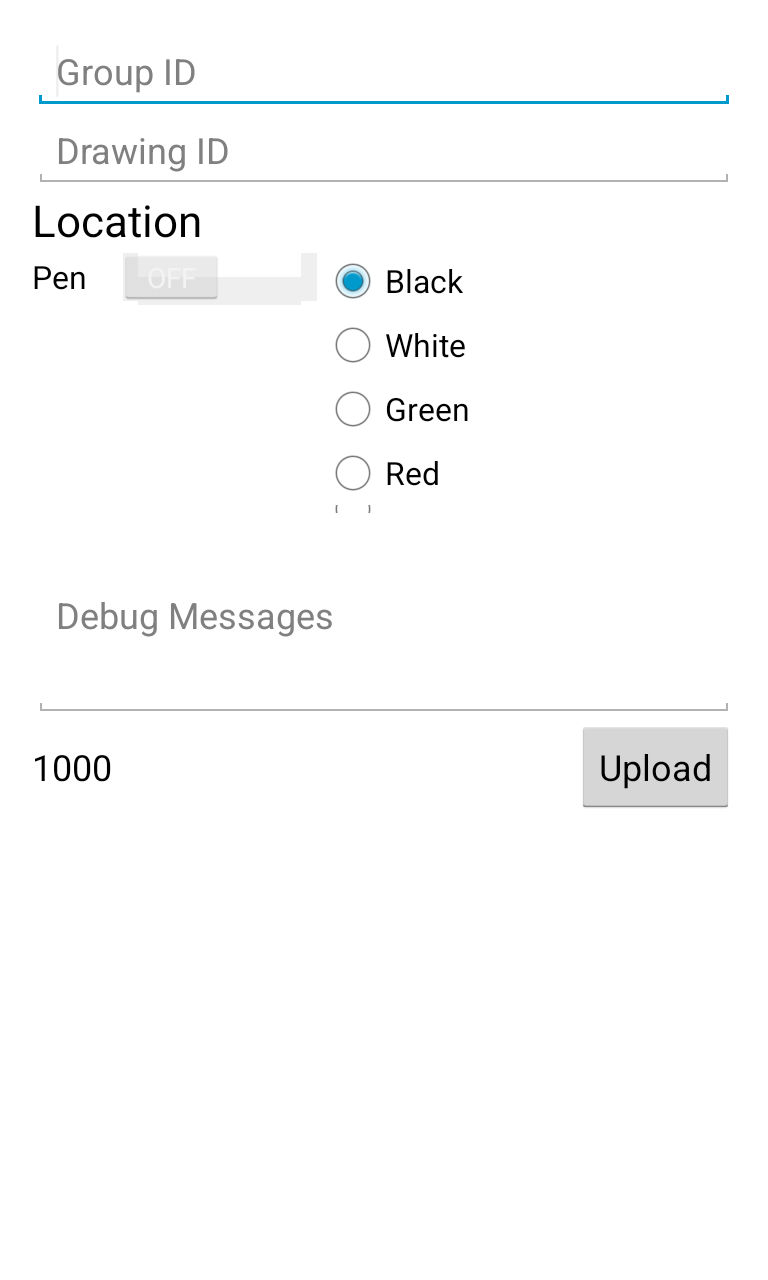
Repository: orsonteodoro/gpsdraw
Layout: gpsdraw/gpsdraw/res/layout/fragment_gpsdraw.xml
The author's editor kept a copy of each file at every save. The layout is drawn from the files as they stood at one save, then again after the next save.
It is drawn on a 768 x 1280 px phone screen (xhdpi) without system bars, with theme AppTheme; the app's code is not run.

Above is the layout before, as saved 2014-05-05 19:40:17.

After the next save:
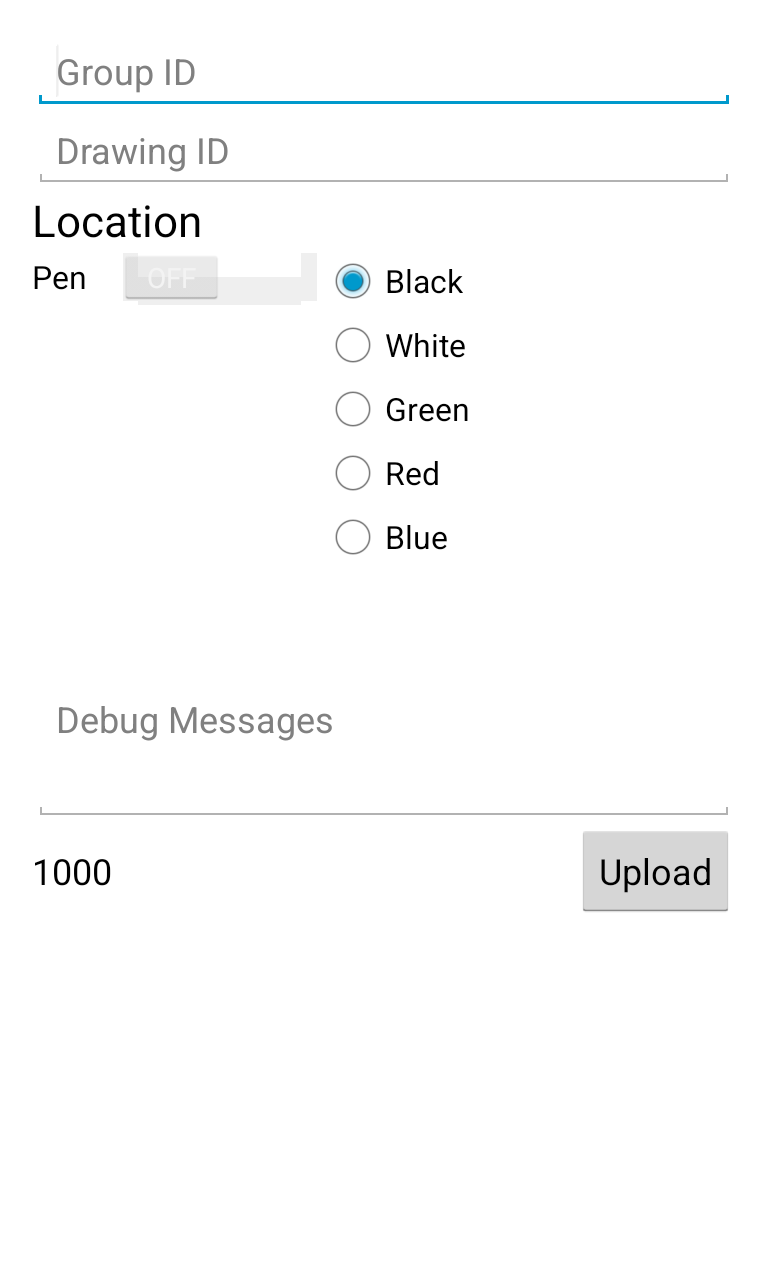
Saved 33 s later.
--- a/gpsdraw/gpsdraw/res/layout/fragment_gpsdraw.xml
+++ b/gpsdraw/gpsdraw/res/layout/fragment_gpsdraw.xml
@@ -48,7 +48,7 @@
 
             <LinearLayout
                 android:layout_width="match_parent"
-                android:layout_height="132dp" >
+                android:layout_height="184dp" >
 
                 <Switch
                     android:id="@+id/switchPen"
